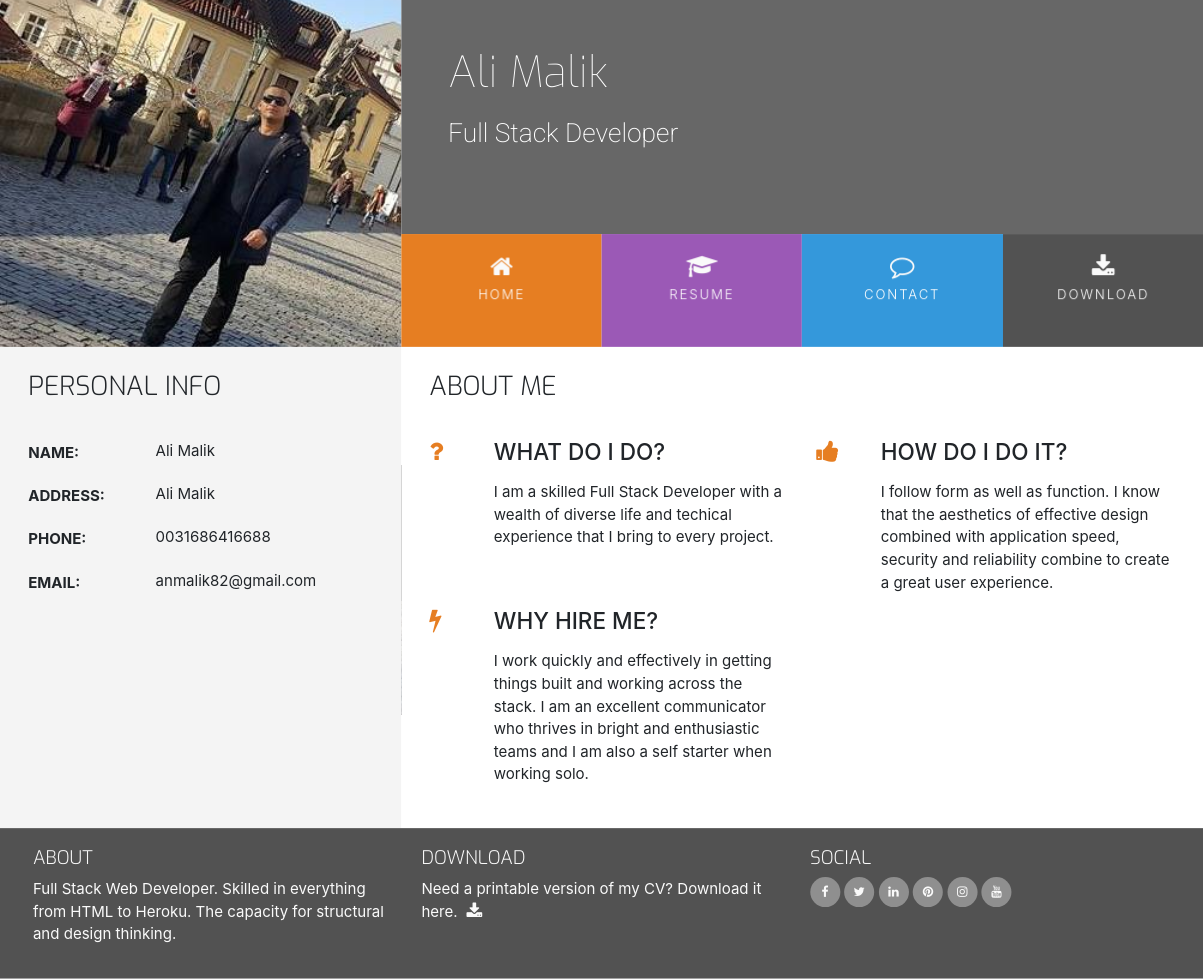
Repository: anmalik82/Padding-Top
Page: index.html
The author's editor kept a record of every edit. The page is drawn from the files as they stood at one moment, then again after the next edit.
The browser window is 1280 px wide. The pictures show the whole page, at 94% of full size.
Some web libraries are served in a nearby version.

Above is the page before.

After the next edit:
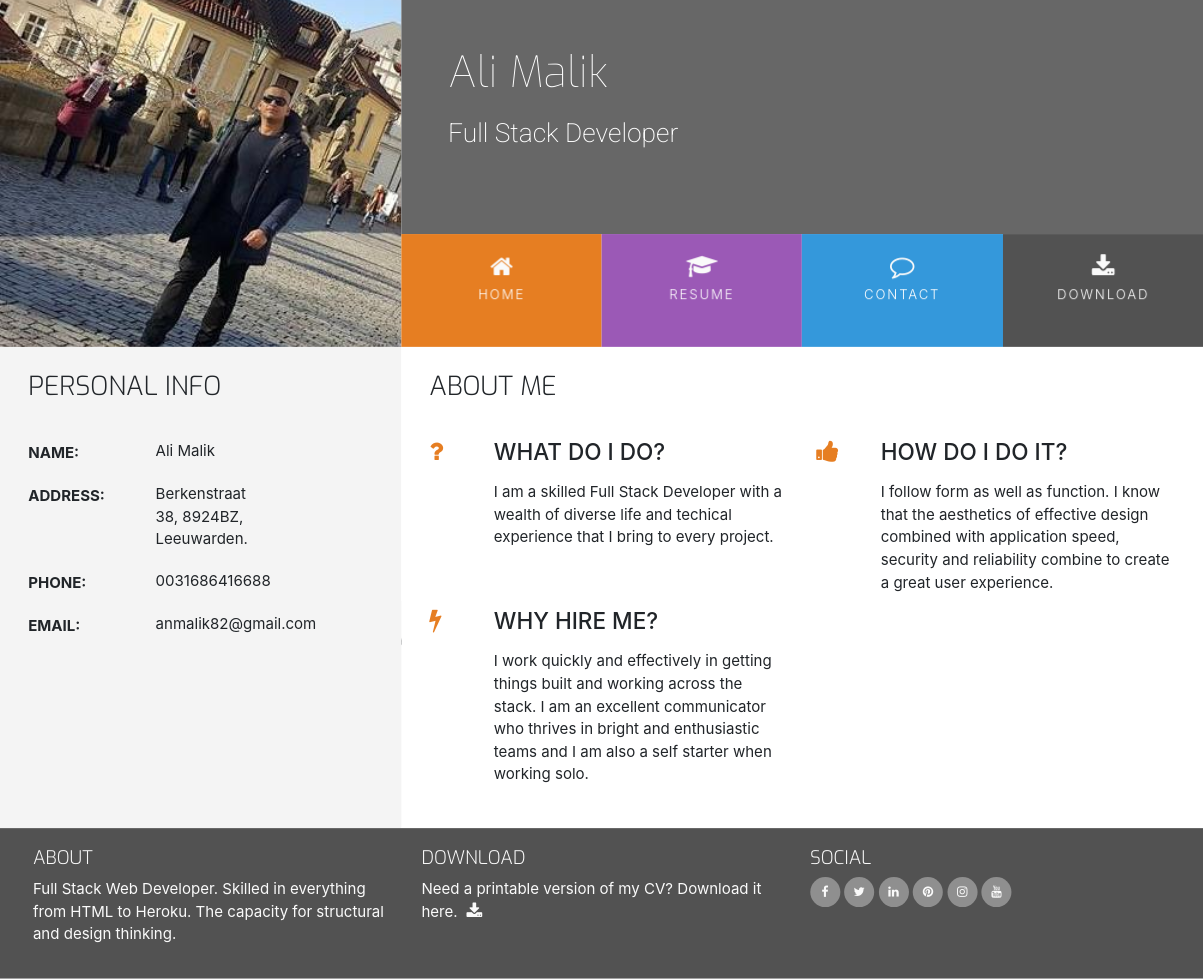
The edit:
--- a/index.html
+++ b/index.html
@@ -78,7 +78,7 @@
                     </div>
                     <div class="value">
                         <p class="value">
-                            Ali Malik
+                            Berkenstraat 38, 8924BZ, Leeuwarden.
                         </p>
                     </div>
                 </div>
